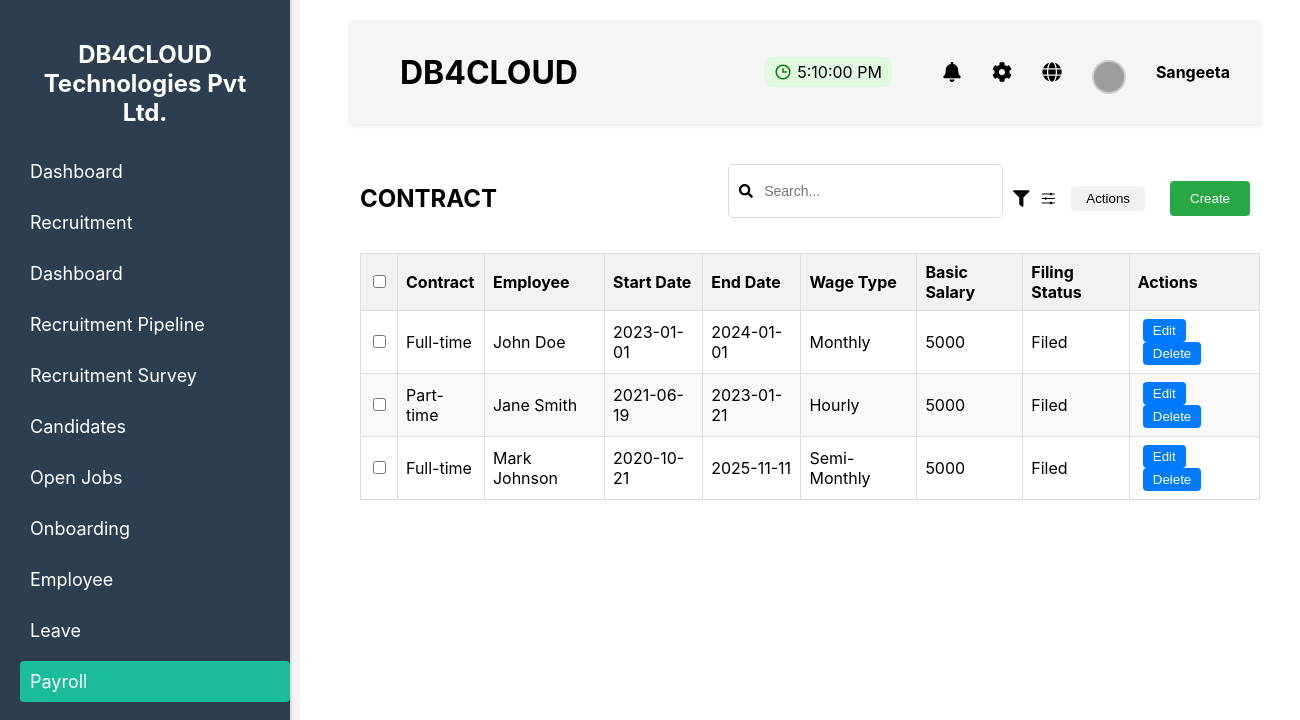
Repository: tinu-ns/Dev-code
Page: /payroll/contract (app in HRMS-DEMO-Sang/hrms/)
These files come from the project's save history. The page is drawn as it stood at one moment and after the next save; the edit follows.
The browser window is 1280 px wide. The page is 1300 px wide, so the pictures cover 1300 px, including what lies to the right of the window. The pictures show the whole page.
Pictures or frames that could not be fetched are drawn as grey boxes. The project was rebuilt for these pictures with package versions that can differ from the ones it lists, and the page was loaded fresh each time. Also part of the build but not shown: HRMS-DEMO-Sang/hrms/src/components/Dashboard.js, HRMS-DEMO-Sang/hrms/src/components/Recruitment/RecruitmentDashboard.js, HRMS-DEMO-Sang/hrms/src/components/Recruitment/RecruitmentPipeline.js, HRMS-DEMO-Sang/hrms/src/components/Payroll/Allowances.js, HRMS-DEMO-Sang/hrms/src/components/Payroll/Deductions.js, HRMS-DEMO-Sang/hrms/src/components/Payroll/Payslips.js, HRMS-DEMO-Sang/hrms/src/components/Payroll/PayrollDashboard.js, HRMS-DEMO-Sang/hrms/src/components/MainContent.css and 4 more.

Above is the page before, as saved 2024-11-11 10:52:33.

### HRMS-DEMO-Sang/hrms/src/App.css
.app{
  display: flex;
  height: 100vh;
  background-color: #f4f4f4;
}

.content-container{
  flex-grow: 1;
  padding: 20px;
  background-color: #fff;
  margin-left: 250px;         /**/
  display: flex;
  flex-direction: column;

}

.main-section{
  display: flex;
  justify-content: space-between;
  padding: 20px;
  width: 100%;
}


.sidebar {
  width: 250px;
  background-color: #2c3e50;
  position: fixed;
  height: 100vh;
}

### HRMS-DEMO-Sang/hrms/src/components/Sidebar.css
 .container{
    display: flex;
    height: 100vh;
    margin-right: 50px;
}

/*
.content{
    flex-grow: 1;
    padding: 20px;
    padding-left: 50px;

}  */

.sidebar {
    width: 220px;
    height: 100vh;
    background-color: #503f2c;
    padding: 20px;
    color: white;
    height: 100vh;
    position: fixed;
    top: 0;
    left: 0;
    border-right: 2px solid #ddd;
    overflow-y: auto;        /* Allows vertical scrolling */
    margin-right: 200px;
    z-index: 1000;

  }



  .sidebar h2{
    text-align: center;
    margin-bottom: 30px;
    font-size: 24px;
  }

  .sidebar-list{
    list-style-type: none;
    padding: 0;
  }


  .sidebar-list li{
    margin-bottom: 15px;
  }

  .sidebar-list li a {
    color: white;
    text-decoration: none;
    font-size: 18px;
    padding: 10px;
    border-radius: 4px;
    display: block;
  }

  .sidebar-list li a:hover{
    color: #1abc9c;
  }

  .sidebar-list li a.active{
    background-color: #1abc9c;
    color: white;
  }

  .sidebar {
    width: 250px;
    background-color: #2E3A46;
    color: #FFF;
    padding: 20px;
    height: 100vh;
  }

  .sidebar h2 {
    font-size: 1.5em;
    margin-bottom: 1em;
  }

  .sidebar ul {
    list-style: none;
    padding: 0;
  }

  .sidebar li {
    margin: 10px 0;
  }

  .sidebar li ul {
    margin-top: 5px;
  }

  .sidebar a {
    color: #FFF;
    text-decoration: none;
  }

  .sidebar a:hover {
    text-decoration: underline;
  }

  .sidebar a.active {
    color: #20c997;
  }

  .sidebar ul li a:hover, .menu-toggle:hover {
    background-color: #34495e;
  }

  .menu-toggle {
    background: none;
    border: none;
    color: #ecf0f1;
    font-size: 1rem;
    text-align: left;
    cursor: pointer;
    width: 100%;
    padding: 10px;
  }

  .submenu {
    list-style-type: none;
    padding-left: 20px;
  }

  .submenu li a {
    padding-left: 20px;
    font-size: 0.9rem;
  }

### HRMS-DEMO-Sang/hrms/src/components/Recruitment/RecruitmentPipeline.css
.pipeline-container {
    padding: 20px;
    background-color: #f5f5f5;
    border-radius: 8px;
  }

  .pipeline-section {
    margin-top: 20px;
  }

  .pipeline-section h3 {
    background-color: #f8f9fa;
    padding: 10px;
    border-left: 5px solid #ffa500;
  }

  .recruitment-table {
    width: 100%;
    border-collapse: collapse;
  }

  .recruitment-table th,
  .recruitment-table td {
    padding: 10px;
    border-bottom: 1px solid #ddd;
    text-align: left;
  }

  .recruitment-table th {
    background-color: #f1f1f1;
  }

  button {
    padding: 5px 10px;
    margin: 0 5px;
    border: none;
    border-radius: 4px;
    cursor: pointer;
  }

  button:hover {
    background-color: #ddd;
  }

### HRMS-DEMO-Sang/hrms/src/components/Payroll/Contract.css
.contract-page {
    padding: 20px;
  }

  .header-container {
    display: flex;
    justify-content: space-between;
    align-items: center;
    margin-bottom: 20px;
  }

  .header-title {
    font-size: 24px;
    font-weight: bold;
  }

  .header-right {
    display: flex;
    align-items: center;
    gap: 10px;
  }

  .search-bar {
    display: flex;
    align-items: center;
    gap: 3px;
    padding: 5px 10px;
    border-radius: 4px;
  }

  .search-bar input {
    border: none;
    outline: none;
  }

  .header-icon {
    font-size: 35px;
    cursor: pointer;

  }

  .action-button,
  .create-button {
    padding: 5px 15px;
    border: none;
    border-radius: 4px;
    cursor: pointer;
  }

  .action-button {
    background-color: #f0f0f0;
  }

  .create-button {
    background-color: #007bff;
    color: white;
  }

  .contract-table {
    width: 100%;
    border-collapse: collapse;
  }

  .contract-table th,
  .contract-table td {
    border: 1px solid #ddd;
    padding: 8px;
    text-align: left;
  }

  .contract-table th {
    background-color: #f2f2f2;
    cursor: pointer;
  }

.contract-table input[type="text"],
.contract-table input[type="date"],
.contract-table input[type="number"] {
  width: 100%;
  padding: 4px;
  box-sizing: border-box;
}

.table-action-button {
  padding: 4px 10px;
  margin-right: 5px;
  background-color: #007bff;
  color: white;
  border: none;
  border-radius: 4px;
  cursor: pointer;
}

.table-action-button:hover {
  background-color: #0056b3;
}

.table-action-button:disabled {
  background-color: #ccc;
  cursor: not-allowed;
}

/*  For create page*/
.create-page {
    background-color: #f9f9f9;
    border: 1px solid red ;
    border: 1.5px solid rgb(246, 235, 235);
    padding: 20px;
    max-width: 1000px;
    width: 80%;
    margin: 40px auto;
    box-shadow: 0 4px 10px rgba(0, 0, 0, 0.1);
    border-radius: 8px;
  }

  .create-page-sub-container{
    padding: 30px;
    max-width: 700px;
    margin: 40px auto;
    background-color: #ffffff;
    border-radius: 8px;
    border: 1.5px solid rgb(216, 212, 212);
  }

  .contract-row {
    padding-bottom: 20px;
    display: flex;
    align-items: center;
    gap: 10px; /* Adjust the gap between the heading and the dropdown as needed */
}

  .contract-heading {
    margin: 0;
    font-size: 1.5rem;
    padding-right: 50%                                                                          ;
  }

  .contract-status {
    padding: 5px;
    font-size: 1rem;
    justify-content: end;
    border: 1px solid red ;

  }


  .create-form .form-group {
    margin-bottom: 15px;
  }

  .form-row {
    display: flex;
    gap: 20px;
  }

  .form-group label {
    font-weight: bold;
  }


  .required {
    color: red;
    margin-left: 5px;
  }

  .info-icon {
    margin-left: 5px;
    color: #888;
    cursor: help;
    font-size: 0.85rem;
  }

  .create-form save-button {
    margin-top: 20px;
    padding: 10px 20px;
    background-color: #007bff;
    color: white;
    border: none;
    border-radius: 4px;
    cursor: pointer;
    position: absolute;
    bottom: 20px;
    right: 20px;
  }

  .save-button{
    background-color: #28a745;
    margin-top: 20px;
    padding: 10px 20px;
    color: white;
    border: none;
    border-radius: 4px;
    cursor: pointer;
    display: flex;
    justify-content: flex-end;
    align-items: flex-end;
     }

  .save-button:hover {
    background-color: #0056b3;
  }

  .half-width {
    display: flex;
    gap: 10px;
  }

  .full-width textarea {
    width: 100%;
    height: 100px;
  }

  .create-button {
    padding: 10px 20px;
    margin: 10px;
    background-color: #28a745;
    color: white;
    border: none;
    cursor: pointer;
  }


  /*  home page filter style*/
 /* Filter Popup Overlay */
.filter-popup-overlay {
    position: fixed;
    top: 0;
    left: 0;
    right: 0;
    bottom: 1;
    background-color: rgba(0, 0, 0, 0.5);
    display: flex;
    justify-content: center;
    align-items: center;
    z-index: 999;
  }

  /* Filter Popup */
  .filter-popup {
    background-color: #fff;
    padding: 20px;
    border-radius: 8px;
    width: 400px;
    box-shadow: 0 4px 8px rgba(0, 0, 0, 0.1);
  }

  .filter-popup h2 {
    margin-top: 0;
    font-size: 20px;
    font-weight: bold;
    color: #333;
    margin-bottom: 20px;
    text-align: center;
  }

  .filter-popup .filter-row {
    display: flex;
    flex-direction: column;
    margin-bottom: 15px;
  }

  .filter-popup .filter-row label {
    font-size: 14px;
    color: #555;
    margin-bottom: 5px;
  }

  .filter-popup .filter-row input,
  .filter-popup .filter-row select {
    padding: 8px;
    font-size: 14px;
    border: 1px solid #ddd;
    border-radius: 4px;
    width: 100%;
  }

  .filter-popup button {
    width: 100%;
    padding: 10px;
    background-color: #007bff;
    color: #fff;
    border: none;
    border-radius: 4px;
    font-size: 14px;
    cursor: pointer;
    margin-top: 15px;
  }

  .filter-popup button:hover {
    background-color: #cfddec;
  }

  .close-button {
    margin-top: 10px;
    background-color: #8b3838;
  }

  .close-button:hover {
    background-color: #ac7474;
  }

### HRMS-DEMO-Sang/hrms/src/components/Header.css
.bg-container{
  padding-left: 30px;

}

.header {
    background-color: #f5f5f5;
    padding: 10px 20px;
    display: flex;
    justify-content: space-between;
    align-items: center;
    box-shadow: 0px 2px 5px rgba(0, 0, 0, 0.1);
  }

  .header-left {
    display: flex;
    align-items: center;
  }

  .menu-button {
    font-size: 24px;
    background: none;
    border: none;
    cursor: pointer;
  }

  .h1{
    margin-left: 15px;
    font-size: 24px;
    color: red! important ;
  }

  .header-right{
    display: flex;
    align-items: center;
  }

  .icon{
    margin-left: 20px;
    font-size: 20px;
    cursor: pointer;
  }

  .time-box {
    display: flex;
    align-items: center;
    background-color: #e0f7e0;
    padding: 5px 10px;
    border-radius: 8px;
    margin-right: 20px;
  }

  .time-icon {
    margin-right: 5px;
    font-size: 18px;
    color: green;
  }

  .user-profile{
    display: flex;
    align-items: center;
    cursor: pointer;
    position: relative;
  }

  .user-avatar{
    padding: 20px;
  }

  .avatar{
    width: 40px;
    height: 40px;
    background-color: #d4d4d4;
    border-radius: 50%;
    display: flex;
    justify-content: center;
    align-items: center;
    font-size: 18px;
    color: white;
    margin-right: 10px;

  }

  .user-name{
    font-weight: bold;
  }

  .dropdown{
    position: absolute;
    top: 50px;
    right: 0;
    background-color: #fff;
    box-shadow: 0px 2px 8px rgba(0, 0, 0, 0.1);
    border-radius: 5px;
    z-index: 100;
  }

  .dropdown ul {
    list-style-type: none;
    padding: 10px;
    margin: 0;
  }

  .dropdown ul li {
    padding: 10px 15px;
    cursor: pointer;
  }

  .dropdown ul li:hover {
    background-color: #f5f5f5;
  }

  .user-info {
    display: flex;
    align-items: center;
  }

  .user-name {
    margin-right: 10px;
  }

### HRMS-DEMO-Sang/hrms/src/components/Payroll/CreateAllowance.css

.main-container{
    border: 1.5px solid rgb(246, 235, 235);
    padding: 20px;
    max-width: 700px;
    margin: 40px auto;
    background-color: #ffffff;
    box-shadow: 0 4px 10px rgba(0, 0, 0, 0.1);
    border-radius: 8px;
  }

.create-allowance-container {
    padding: 30px;
    max-width: 700px;
    margin: 40px auto;
    background-color: #ffffff;
    border-radius: 8px;
    border: 1.5px solid rgb(216, 212, 212);
  }


  .create-allowance-container h2 {
    text-align: start;
    color: #333;
    font-size: 1.8rem;
    margin-bottom: 20px;

  }

  .create-allowance-container hr{
    margin-bottom: 30px;
  }

  .form-row {
    display: flex;
    justify-content: space-between;
    gap: 20px;
    margin-bottom: 20px;
  }

  .form-group {
    flex: 1;
  }

  .form-group.half-width {
    flex: 0.5;
  }

  .form-group label {
    display: flex;
    align-items: center;
    font-weight: 600;
    color: black;
    margin-bottom: 5px;
    font-size: 15px;
  }

  .form-group label span {
    color: #ff4d4d;
    margin-left: 4px;
  }

  .info-icon {
    margin-left: 5px;
    color: #888;
    cursor: help;
    font-size: 0.85rem;
  }

  input[type="text"],
  input[type="date"],
  input[type="number"],
  select {
    width: 100%;
    padding: 8px;
    border: 1px solid #ddd;
    border-radius: 4px;
    font-size: 1rem;
    font-size: 14px;
    color: rgb(199, 108, 137);

  }

  .filter-btn {
    background-color: #f0f0f0;
    color: #555;
    padding: 6px 12px;
    border: 1px solid #ddd;
    border-radius: 4px;
    font-size: 0.9rem;
    cursor: pointer;
    margin-top: 8px;
  }

  .filter-icons {
    display: flex;
    gap: 5px;
    margin-top: 8px;
    justify-content: end;
    padding: 6px;
  }

  .small-filter-icon {
    font-size: 1.2rem;
    color: orangered;
    text-align: end;
  }

  .filter-span{
    color: orangered;
  }

  /* Toggle Switch */
  .toggle-switch {
    position: relative;
    display: inline-block;
    width: 40px;
    height: 20px;
    margin-top: 8px;
  }

  .toggle-switch input {
    opacity: 0;
    width: 0;
    height: 0;
  }

  .slider {
    position: absolute;
    cursor: pointer;
    top: 0;
    left: 0;
    right: 0;
    bottom: 0;
    background-color: rgb(219, 198, 198);
    transition: 0.4s;
    border-radius: 20px;
  }

  .slider:before {
    position: absolute;
    content: "";
    height: 16px;
    width: 16px;
    left: 2px;
    bottom: 2px;
    background-color: white;
    transition: 0.4s;
    border-radius: 50%;
  }

  input:checked + .slider {
    background-color: orangered;
  }

  input:checked + .slider:before {
    transform: translateX(15px);
  }

  .condition-options{
    font-size: 12px;
    color: rgb(151, 146, 146);
  }

  /* Multi-select box and tag styles */
.multi-select-box {
    display: flex;
    flex-wrap: wrap;
    align-items: center;
    gap: 5px;
    border: 1px solid #ddd;
    padding: 5px;
    border-radius: 4px;
    background-color: #f9f9f9;
  }

  .tag {
    display: flex;
    align-items: center;
    background-color: #a8b4c0;
    color: #ffffff;
    border-radius: 12px;
    padding: 5px 10px;
    font-size: 0.9rem;
    margin: 3px;
  }

  .remove-tag {
    margin-left: 8px;
    cursor: pointer;
    font-weight: bold;
    font-size: 1.1rem;
  }

  /* Avatar styling for selected employee */
.avatar-container{
    display: flex;
  }
.avatar {
    margin-top: 10px;
    display: flex;
    justify-content: center;
    align-items: center;
    width: 30px;
    height: 30px;
    background-color: #b5b0b0;
    border-radius: 50%;
    font-size: 13px;
    font-weight: bold;
    color: #ffffff;
    text-transform: uppercase;
    border: 2px solid #ccc;
  }

  .avatar-text {
    text-align: center;
    line-height: 40px; /* Centers text vertically */
  }

  /* Modal Styling */
.modal {
    position: fixed;
    top: 0;
    left: 0;
    right: 0;
    bottom: 0;
    background: rgba(0, 0, 0, 0.5);
    display: flex;
    align-items: center;
    justify-content: center;
    z-index: 1000;
  }

  .modal-content {
    background: white;
    width: 500px;
    padding: 20px;
    border-radius: 8px;
    position: relative;
  }

  .close-modal {
    position: absolute;
    top: 10px;
    right: 10px;
    background: transparent;
    border: none;
    font-size: 1.5em;
    cursor: pointer;
  }

  .search-bar {
    width: 100%;
    padding: 10px;
    margin-bottom: 15px;
    border: 1px solid #ddd;
    border-radius: 5px;
  }

  .employee-list {
    max-height: 200px;
    overflow-y: auto;
    padding: 5px;
  }

  .employee-item {
    display: flex;
    align-items: center;
    justify-content: space-between;
    padding: 8px;
    border-bottom: 1px solid #eee;
  }

  .employee-item .avatar {
    width: 30px;
    height: 30px;
    background-color: #007bff;
    color: white;
    display: flex;
    align-items: center;
    justify-content: center;
    border-radius: 50%;
    margin-right: 10px;
  }

  .add-employee {
    background-color: #28a745;
    color: white;
    border: none;
    padding: 5px 10px;
    border-radius: 5px;
    cursor: pointer;
  }

  .add-employee:hover {
    background-color: #218838;
  }

  .save-btn-container {
    display: flex;
    justify-content: flex-end;
    align-items: center;
    flex: 0.5;
  }

  .save-btn {
    padding: 12px 20px;
    background-color: #007bff;
    color: #ffffff;
    border: none;
    border-radius: 4px;
    font-size: 1.2rem;
    font-weight: bold;
    cursor: pointer;
    transition: background-color 0.3s;
  }

  .save-btn:hover {
    background-color: #0056b3;
  }

  @media (max-width: 600px) {
    .form-row {
      flex-direction: column;
    }
  }

Loaded but not shown: HRMS-DEMO-Sang/hrms/public/index.html (common file); HRMS-DEMO-Sang/hrms/src/index.js (common file); HRMS-DEMO-Sang/hrms/src/index.css (common file); HRMS-DEMO-Sang/hrms/src/reportWebVitals.js (common file); HRMS-DEMO-Sang/hrms/src/components/Payroll/Contract.js (777 lines, source omitted); HRMS-DEMO-Sang/hrms/src/components/Sidebar.js (102 lines, source omitted); HRMS-DEMO-Sang/hrms/src/components/Header.js (91 lines, source omitted); HRMS-DEMO-Sang/hrms/src/App.js (54 lines, source omitted); HRMS-DEMO-Sang/hrms/src/components/Payroll/PayrollDashboard.css (359 lines, source omitted); HRMS-DEMO-Sang/hrms/src/components/Payroll/Allowances.css (356 lines, source omitted)

After the next save:
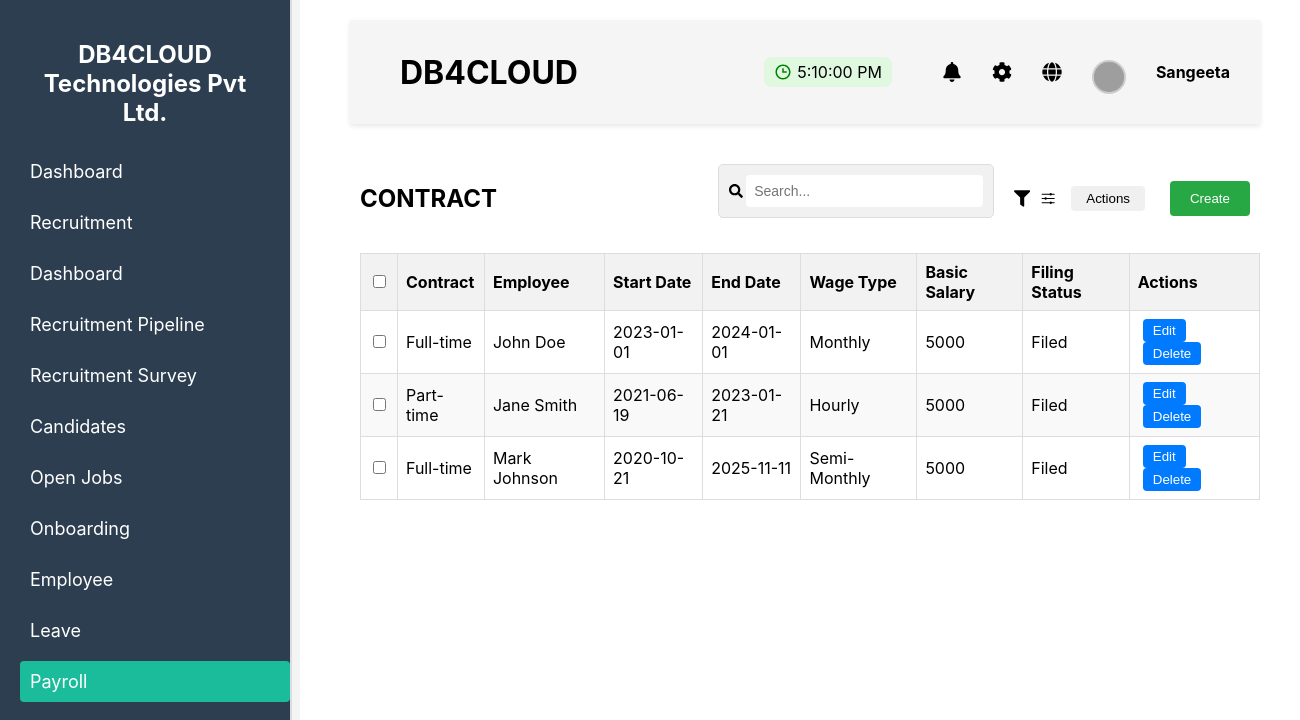
Saved 2 min 46 s later.
--- a/HRMS-DEMO-Sang/hrms/src/components/Payroll/Contract.css
+++ b/HRMS-DEMO-Sang/hrms/src/components/Payroll/Contract.css
@@ -26,6 +26,9 @@
     gap: 3px;
     padding: 5px 10px;
     border-radius: 4px;
+    background-color: #f1f1f1;
+    margin-right: 10px;
+
   }
 
   .search-bar input {

After the save that followed:
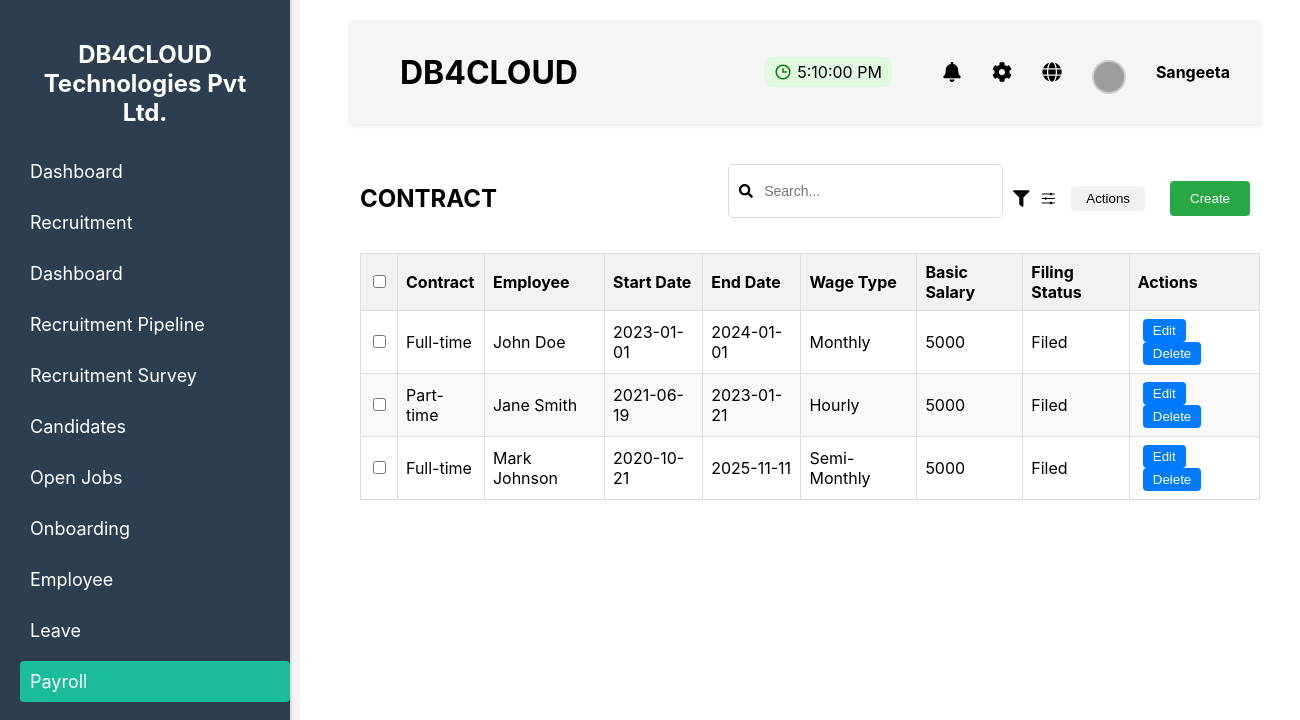
Saved 18 s later.
--- a/HRMS-DEMO-Sang/hrms/src/components/Payroll/Contract.css
+++ b/HRMS-DEMO-Sang/hrms/src/components/Payroll/Contract.css
@@ -26,8 +26,7 @@
     gap: 3px;
     padding: 5px 10px;
     border-radius: 4px;
-    background-color: #f1f1f1;
-    margin-right: 10px;
+
 
   }
 
